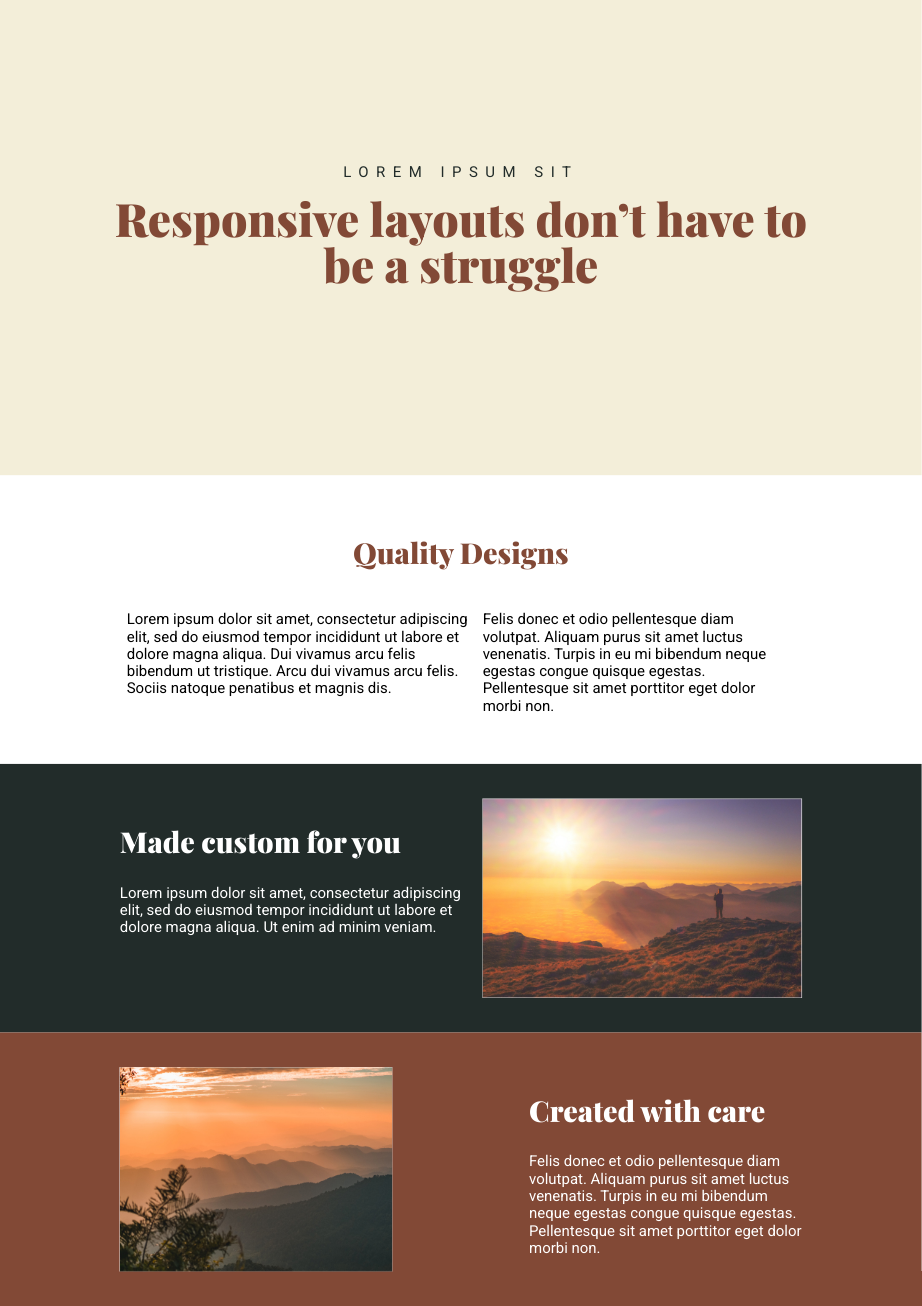
Repository: GregG21/Kevin-Powell-21-day-challange
Page: Day 12/index.html
These files come from the project's save history. The page is drawn as it stood at one moment and after the next save; the edit follows.
The browser window is 1280 px wide. The pictures show the whole page, at 72% of full size.
The style sheet was rebuilt from its Sass, Less or Tailwind sources for each picture, by a compiler version that may differ from the author's.

Above is the page before, as saved 2020-09-12 08:48:56.

### Day 12/index.html
<!DOCTYPE html>
<html lang="en">
  <head>
    <meta charset="UTF-8" />
    <meta name="viewport" content="width=device-width, initial-scale=1.0" />
    <title>Responsive layout</title>
    <link
      href="https://fonts.googleapis.com/css2?family=Playfair+Display:wght@900&family=Roboto:wght@300;400&display=swap"
      rel="stylesheet"
    />
    <link rel="stylesheet" href="/css/style.css" />
  </head>
  <body>
    <section class="hero">
      <div class="container display-flex">
        <div class="hero__text">
          <p>lorem ipsum sit</p>
          <h1>Responsive layouts don’t have to be a struggle</h1>
        </div>
      </div>
    </section>

    <main>
      <section class="container section__one">
        <h2 class="section__title display-flex">Quality Designs</h2>
        <div class="display-flex">
          <p>
            Lorem ipsum dolor sit amet, consectetur adipiscing elit, sed do
            eiusmod tempor incididunt ut labore et dolore magna aliqua. Dui
            vivamus arcu felis bibendum ut tristique. Arcu dui vivamus arcu
            felis. Sociis natoque penatibus et magnis dis.
          </p>
          <p>
            Felis donec et odio pellentesque diam volutpat. Aliquam purus sit
            amet luctus venenatis. Turpis in eu mi bibendum neque egestas congue
            quisque egestas. Pellentesque sit amet porttitor eget dolor morbi
            non.
          </p>
        </div>
      </section>

      <section class="section__two">
        <div class="container display-flex">
          <div class="section__two--text">
            <h2>Made custom for you</h2>
            <p>
              Lorem ipsum dolor sit amet, consectetur adipiscing elit, sed do
              eiusmod tempor incididunt ut labore et dolore magna aliqua. Ut
              enim ad minim veniam.
            </p>

          </div>
        <img src="/image-01.jpg" alt="sunset" />

        </div>
      </section>

      <section class="section__three ">
        <div class="container display-flex">
        <img class="section__img"  src="/image-02.jpg" loading="lazy" alt="sunset and fog" />

          <div class="section__text section__three--text">
          <h2>Created with care</h2>
          <p>
          Felis donec et odio pellentesque diam volutpat. Aliquam purus sit
          amet luctus venenatis. Turpis in eu mi bibendum neque egestas congue
          quisque egestas. Pellentesque sit amet porttitor eget dolor morbi
          non.
          </p>
        </div>

        </div>
      </section>
    </main>
  </body>
</html>

### Day 12/style.scss
// font-family: 'Playfair Display', serif;

// font-family: 'Roboto', sans-serif;
$brown-color: #824936;
$black-color: #222C2A;
$baige-color: #F3EED9;


*, *::before, *::after {
    box-sizing: border-box;
}

body {
    margin: 0;
    padding: 0;
    font-family: 'Roboto', sans-serif;
}
img {
    max-width: 100%;
    border: 0;
}

h1 {
    font-size: 4rem;
    font-family: 'Playfair Display', serif;
    font-weight: 900;
}
h2 {
    font-size: 2.5rem;
    font-family: 'Playfair Display', serif;
    font-weight: 900;
}
p {
    font-size: 1.3rem;
    font-family: 'Roboto', sans-serif;
    font-weight: 400;
}





.container {
    width: 80%;
    max-width: 1128px;
    margin: 0 auto;
}

.display-flex {
    display: flex;
    justify-content: space-between;
}

.hero {
    background-color: $baige-color;
    color: $brown-color;
    display: flex;
    justify-content: center;
    align-items: center;
    min-height: 660px;

}
.hero__text {
    display: flex;
    flex-direction: column;
    text-align: center;
    line-height: 1;

    h1 {
        margin-top: 0;
    }
    p {
        text-transform: uppercase;
        letter-spacing: .5em;
        color: $black-color;
    }
}

.section__title {
    color: $brown-color;
    justify-content: center;
}
.section__one {
    padding: 3rem;
}
.section__two {
    padding: 3rem;
    background-color: $black-color;
    color: white;
}
.section__three {
    padding: 3rem;
    background-color: $brown-color;
    color: white;

}
.section__img {
    width: 40%;
}

.section__text {
    width: 40%;
}

After the next save:
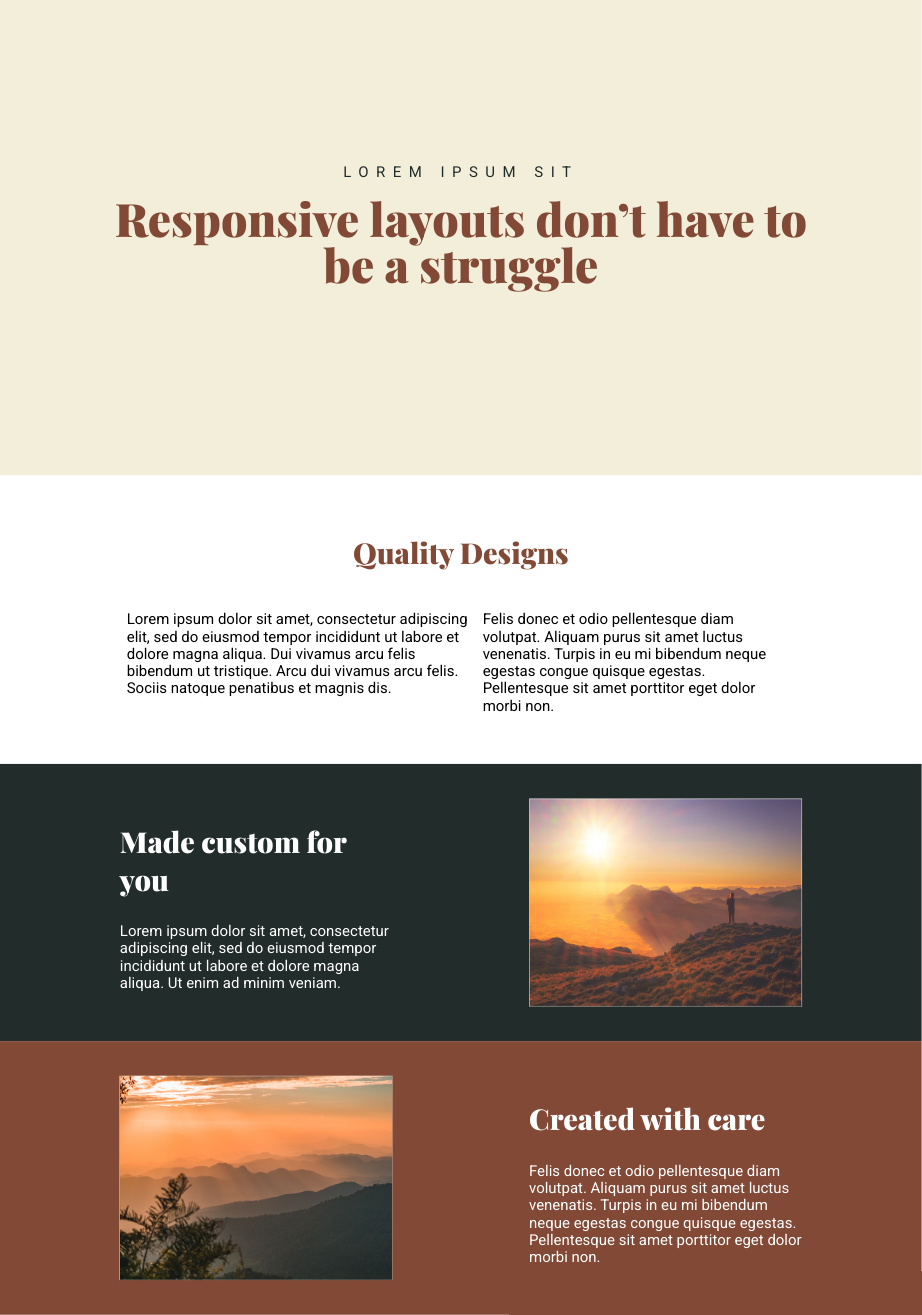
Saved 4 min 45 s later.
--- a/Day 12/index.html
+++ b/Day 12/index.html
@@ -41,7 +41,7 @@
 
       <section class="section__two">
         <div class="container display-flex">
-          <div class="section__two--text">
+          <div class="section__text section__two--text">
             <h2>Made custom for you</h2>
             <p>
               Lorem ipsum dolor sit amet, consectetur adipiscing elit, sed do
@@ -50,7 +50,7 @@
             </p>
 
           </div>
-        <img src="/image-01.jpg" alt="sunset" />
+        <img class="section__img" src="/image-01.jpg" alt="sunset" />
 
         </div>
       </section>
